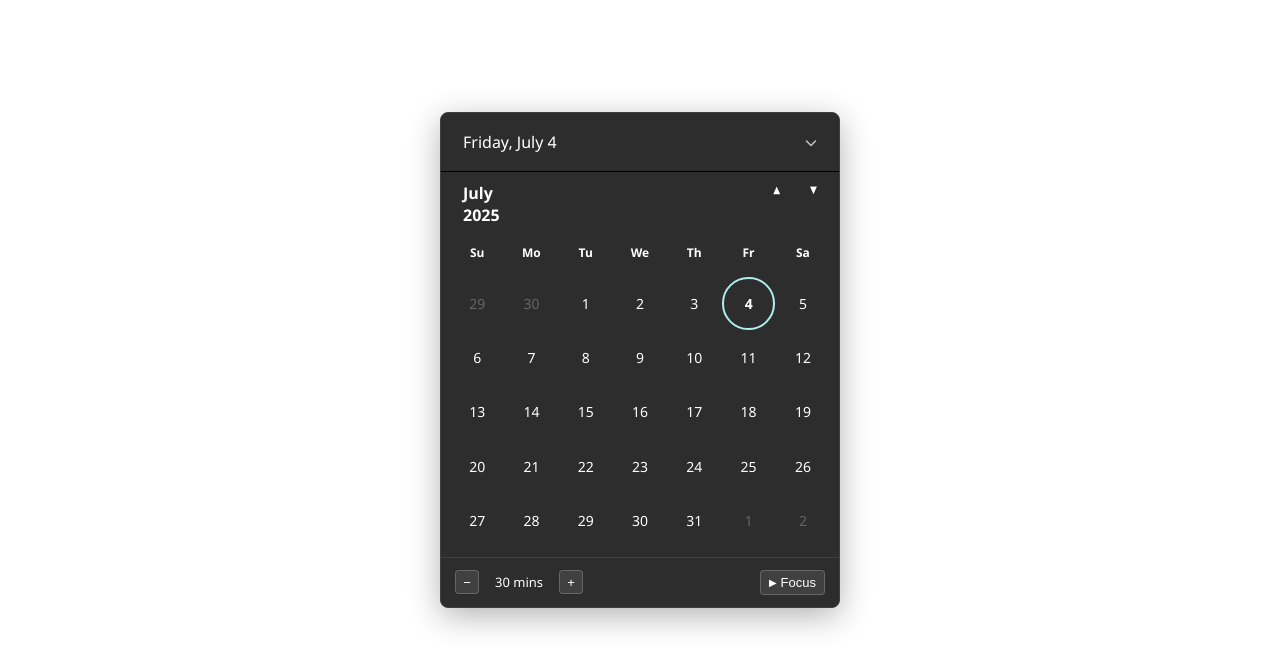
Repository: ThuTrang-jvb/JVB_BT2
Page: index.html
These files come from the project's save history. The page is drawn as it stood at one moment and after the next save; the edit follows.
The browser window is 1280 px wide. The pictures show the whole page.

Above is the page before, as saved 2025-07-07 11:27:57.

### index.html
<!DOCTYPE html>
<html lang="en">
<head>
  <meta charset="UTF-8" />
  <meta name="viewport" content="width=device-width, initial-scale=1.0"/>
  <title>Calendar</title>
  <link rel="stylesheet" href="style.css" />
  <link rel="stylesheet" href="https://cdnjs.cloudflare.com/ajax/libs/font-awesome/6.4.0/css/all.min.css" />
</head>
<body>
  <div class="calendar">
    <div class="top-bar">
      <div class="date-display" id="dateToggle">
        <span id="dateText">Monday, November 7</span>
        <span class="dropdown-icon" id="dropdownIcon">
          <i class="fa-solid fa-chevron-down"></i>
        </span>
      </div>
    </div>

    <div class="navigation-bar">
      <div class="title-block" id="calendarTitle">
        <span id="calendarTitleText">November 2022</span>
        <div class="arrow-controls">
          <span>&#9650;</span>
          <span>&#9660;</span>
        </div>
      </div>
    </div>

    <div class="main-calendar">
      <div class="weekday-header" id="weekdayHeader">
        <div class="weekday">Su</div>
        <div class="weekday">Mo</div>
        <div class="weekday">Tu</div>
        <div class="weekday">We</div>
        <div class="weekday">Th</div>
        <div class="weekday">Fr</div>
        <div class="weekday">Sa</div>
      </div>
      <div class="grid-display month-view" id="gridContainer"></div>
    </div>

    <div class="bottom-panel">
      <div class="control-section">
        <div class="session-control">
          <button class="btn-time" id="minusTime">−</button>
          <span class="time-display" id="durationLabel">30 mins</span>
          <button class="btn-time" id="plusTime">+</button>
        </div>
        <button class="session-btn" id="startBtn">
          <span class="session-icon">▶</span>
          <span>Focus</span>
        </button>
      </div>
    </div>
  </div>
  <script src="main.js"></script>
</body>
</html>

### style.css

* {
    margin: 0;
    padding: 0;
    box-sizing: border-box;
}

body {
    font-family: "Segoe UI", Tahoma, Geneva, Verdana, sans-serif;
    background: #ffffff;
    color: #000000;
    min-height: 100vh;
    display: flex;
    align-items: center;
    justify-content: center;
}

.calendar {
    background: #2d2d2d;
    border-radius: 8px;
    width: 100%;
    max-width: 400px;
    box-shadow: 0 8px 32px rgba(0, 0, 0, 0.3);
    border: 1px solid #404040;
    overflow: hidden;
    display: flex;
    flex-direction: column;
}

.top-bar {
    background: #2d2d2d;
    padding: 18px 22px;
    border-bottom: 1px solid #000;
}

.date-display {
    display: flex;
    align-items: center;
    justify-content: space-between;
    font-size: 16px;
    font-weight: 400;
    color: #ffffff;
    cursor: pointer;
    transition: color 0.2s ease;
}

.date-display:hover {
    color: #60a5fa;
}

.dropdown-icon {
    opacity: 0.7;
    font-size: 12px;
}

.navigation-bar {
    display: flex;
    align-items: center;
    justify-content: space-between;
    font-weight: 500;
    padding: 10px 22px;
    background: #2d2d2d;
}

.title-block {
    display: flex;
    gap: 240px;
    font-size: 16px;
    font-weight: 600;
    color: #ffffff;
    cursor: pointer;
    transition: color 0.2s ease;
}

.title-block:hover {
    color: #60a5fa;
}

.arrow-controls {
    display: flex;
    gap: 30px;
    font-size: 10px;
    margin-left: auto;
}

.weekday-header {
    display: grid;
    grid-template-columns: repeat(7, 1fr);
    gap: 2px;
    margin-bottom: 8px;
    padding: 0 10px;
}

.weekday {
    text-align: center;
    font-size: 12px;
    font-weight: 600;
    color: white;
    padding: 8px 4px;
}

.grid-display {
    display: grid;
    gap: 2px;
    padding: 0 10px 10px;
}

.month-view {
    grid-template-columns: repeat(7, 1fr);
}

.year-view {
    grid-template-columns: repeat(4, 1fr);
    gap: 8px;
}

.decade-view {
    grid-template-columns: repeat(4, 1fr);
    gap: 8px;
}

.grid-cell,
.year-cell,
.decade-cell {
    aspect-ratio: 1;
    display: flex;
    align-items: center;
    justify-content: center;
    cursor: pointer;
    border-radius: 4px;
    font-size: 14px;
    font-weight: 400;
    transition: all 0.2s ease;
    color: #ffffff;
    min-height: 32px;
}

.grid-cell:hover,
.year-cell:hover,
.decade-cell:hover {
    background: #404040;
    border-radius: 50%;
}

.grid-cell.dimmed,
.decade-cell.dimmed {
    color: #666666;
}

.grid-cell.today,
.year-cell.current,
.decade-cell.current {
    background: #0078d4;
    color: white;
    font-weight: 600;
    border-radius: 50%;
}

.grid-cell.selected,
.year-cell.selected,
.decade-cell.selected {
    background: none;
    border: 2px solid paleturquoise;
    color: white;
    font-weight: 600;
    border-radius: 50%;
}

.bottom-panel {
    padding: 12px 14px;
    border-top: 1px solid #404040;
    background: #2d2d2d;
}

.control-section {
    display: flex;
    justify-content: space-between;
    align-items: center;
}

.session-control {
    display: flex;
    align-items: center;
    gap: 6px;
}

.btn-time {
    background: #404040;
    color: white;
    cursor: pointer;
    font-size: 13px;
    width: 24px;
    height: 24px;
    display: flex;
    align-items: center;
    justify-content: center;
    border: 1px solid rgba(255, 255, 255, 0.2);
    transition: all 0.2s ease;
    border-radius: 4px;
}

.btn-time:hover {
    color: #60a5fa;
}

.time-display {
    font-size: 13px;
    color: white;
    min-width: 60px;
    padding: 0 10px;
    text-align: center;
}

.session-btn {
    background: #404040;
    border: 1px solid rgba(255, 255, 255, 0.2);
    padding: 4px 8px;
    color: white;
    font-size: 13px;
    cursor: pointer;
    display: flex;
    align-items: center;
    gap: 4px;
    transition: color 0.2s ease;
    border-radius: 4px;
}

.session-btn:hover {
    color: #60a5fa;
    background: #404040;
}

.session-icon {
    font-size: 10px;
}

.hidden {
    display: none;
}
.main-calendar {
    overflow: hidden;
    transition: max-height 0.4s ease;
}
.main-calendar.collapsed {
  max-height: 0;
}

@media (max-width: 480px) {
    .calendar {
        width: 90%;
        margin: 10px;
    }
}

### main.js
class Calendar {
    constructor() {
        this.currentDate = new Date();
        this.selectedDate = new Date();
        this.currentMonth = new Date();
        this.viewMode = 'month';
        this.timeMinutes = 30;
        this.focusInterval = null;
        this.remainingSeconds = 0;

        this.months = [
            'January', 'February', 'March', 'April', 'May', 'June',
            'July', 'August', 'September', 'October', 'November', 'December'
        ];

        this.monthsShort = [
            'Jan', 'Feb', 'Mar', 'Apr', 'May', 'Jun',
            'Jul', 'Aug', 'Sep', 'Oct', 'Nov', 'Dec'
        ];

        this.init();
    }

    init() {
        this.bindEvents();
        this.updateDisplay();
        this.startRealTimeUpdate();
    }

    bindEvents() {
        document.getElementById('dateText').addEventListener('click', () => this.handleHeaderClick())
        document.querySelector('.dropdown-icon').addEventListener('click', () => this.isCollapsed());
        document.getElementById('calendarTitle').addEventListener('click', () => this.handleNavTitleClick());
        const arrows = document.querySelectorAll('.arrow-controls span');
        if (arrows.length >= 2) {
            arrows[0].addEventListener('click', () => this.navigate(-1));
            arrows[1].addEventListener('click', () => this.navigate(1));
        }

        document.getElementById('minusTime').addEventListener('click', () => this.adjustTime(-5));
        document.getElementById('plusTime').addEventListener('click', () => this.adjustTime(15));
        document.getElementById('startBtn').addEventListener('click', () => this.toggleFocus());
    }

    adjustTime(minutes) {
        this.timeMinutes += minutes;
        if (this.timeMinutes < 5) this.timeMinutes = 5;
        if (this.timeMinutes > 480) this.timeMinutes = 480;
        this.updateTimeDisplay();
    }

    updateTimeDisplay() {
        const timeLabel = document.getElementById('durationLabel');
        if (this.timeMinutes >= 60) {
            const hours = Math.floor(this.timeMinutes / 60);
            const mins = this.timeMinutes % 60;
            if (mins === 0) {
                timeLabel.textContent = `${hours} hr${hours > 1 ? 's' : ''}`;
            } else {
                timeLabel.textContent = `${hours}h ${mins}m`;
            }
        } else {
            timeLabel.textContent = `${this.timeMinutes} mins`;
        }
    }

    toggleFocus() {
        const focusBtn = document.getElementById('startBtn');
        const icon = focusBtn.querySelector('.session-icon');
        const text = focusBtn.querySelector('span:last-child');

        if (text.textContent === 'Focus') {
            text.textContent = 'Stop';
            icon.textContent = '⏸';
            focusBtn.style.color = '#60a5fa';
            this.remainingSeconds = this.timeMinutes * 60;

            this.focusInterval = setInterval(() => {
                this.remainingSeconds--;
                this.updateCountdownDisplay();

                if (this.remainingSeconds <= 0) {
                    clearInterval(this.focusInterval);
                    this.focusInterval = null;
                    alert("Time's up!");
                    this.resetFocusButton();
                }
            }, 1000);

        } else {
            clearInterval(this.focusInterval);
            this.focusInterval = null;
            this.resetFocusButton();
            this.updateTimeDisplay();
        }
    }

    updateCountdownDisplay() {
        const timeLabel = document.getElementById('durationLabel');
        const minutes = Math.floor(this.remainingSeconds / 60);
        const seconds = this.remainingSeconds % 60;
        timeLabel.textContent = `${minutes}m ${seconds}s`;
    }

    resetFocusButton() {
        const focusBtn = document.getElementById('startBtn');
        const icon = focusBtn.querySelector('.session-icon');
        const text = focusBtn.querySelector('span:last-child');

        text.textContent = 'Focus';
        icon.textContent = '\u25B6';
        focusBtn.style.color = '#888888';
    }

    startRealTimeUpdate() {
        setInterval(() => {
            this.currentDate = new Date();
            this.updateHeaderDate();
        }, 1000);
    }

    handleHeaderClick() {
            this.viewMode = 'month';
            this.currentMonth = new Date(this.currentDate);
            this.selectedDate = new Date(this.currentDate);
            this.updateDisplay();

    }

    handleNavTitleClick() {
        switch (this.viewMode) {
            case 'month':
                this.viewMode = 'year';
                break;
            case 'year':
                this.viewMode = 'decade';
                break;
        }
        this.updateDisplay();
    }

    navigate(direction) {
        switch (this.viewMode) {
            case 'month':
                this.currentMonth.setMonth(this.currentMonth.getMonth() + direction);
                break;
            case 'year':
                this.currentMonth.setFullYear(this.currentMonth.getFullYear() + direction);
                break;
            case 'decade':
                this.currentMonth.setFullYear(this.currentMonth.getFullYear() + direction * 10);
                break;
        }
        this.updateDisplay();
    }

    updateDisplay() {
        this.updateHeaderDate();
        this.updateNavTitle();
        this.updateCalendarGrid();
        this.updateWeekdayHeader();
        this.updateTimeDisplay();
    }

    updateHeaderDate() {
        const options = { weekday: 'long', month: 'long', day: 'numeric' };
        const dateText = this.currentDate.toLocaleDateString('en-US', options);

        document.getElementById('dateText').textContent = dateText;
    }

    updateNavTitle() {
        let titleText = '';
        switch (this.viewMode) {
            case 'month':
                titleText = `${this.months[this.currentMonth.getMonth()]} ${this.currentMonth.getFullYear()}`;
                break;
            case 'year':
                titleText = this.currentMonth.getFullYear().toString();
                break;
            case 'decade':
                const startYear = Math.floor(this.currentMonth.getFullYear() / 10) * 10;
                titleText = `${startYear} - ${startYear + 9}`;
                break;
        }
        document.getElementById('calendarTitleText').textContent = titleText;
    }

    updateWeekdayHeader() {
        const header = document.getElementById('weekdayHeader');
        const grid = document.getElementById('gridContainer');

        if (this.viewMode === 'month') {
            header.classList.remove('hidden');
            grid.className = 'grid-display month-view';
        } else {
            header.classList.add('hidden');
            grid.className = `grid-display ${this.viewMode}-view`;
        }
    }

    updateCalendarGrid() {
        const grid = document.getElementById('gridContainer');
        grid.innerHTML = '';

        switch (this.viewMode) {
            case 'month':
                this.renderMonthView(grid);
                break;
            case 'year':
                this.renderYearView(grid);
                break;
            case 'decade':
                this.renderDecadeView(grid);
                break;
        }
    }

    renderMonthView(grid) {
        const daysInMonth = new Date(this.currentMonth.getFullYear(), this.currentMonth.getMonth() + 1, 0).getDate();
        const firstDay = new Date(this.currentMonth.getFullYear(), this.currentMonth.getMonth(), 1).getDay();
        const prevMonth = new Date(this.currentMonth.getFullYear(), this.currentMonth.getMonth(), 0);
        const prevMonthDays = prevMonth.getDate();

        for (let i = firstDay - 1; i >= 0; i--) {
            const day = document.createElement('div');
            day.className = 'grid-cell dimmed';
            day.textContent = prevMonthDays - i;
            grid.appendChild(day);
        }

        for (let day = 1; day <= daysInMonth; day++) {
            const date = new Date(this.currentMonth.getFullYear(), this.currentMonth.getMonth(), day);
            const dayElement = document.createElement('div');
            dayElement.className = 'grid-cell';
            dayElement.textContent = day;

            if (this.isSameDay(date, this.currentDate)) dayElement.classList.add('today');
            if (this.isSameDay(date, this.selectedDate)) dayElement.classList.add('selected');

            dayElement.addEventListener('click', () => {
                this.selectedDate = new Date(date);
                this.updateDisplay();
            });

            grid.appendChild(dayElement);
        }

        const totalCells = Math.ceil((firstDay + daysInMonth) / 7) * 7;
        const remainingCells = totalCells - (firstDay + daysInMonth);

        for (let day = 1; day <= remainingCells; day++) {
            const dayElement = document.createElement('div');
            dayElement.className = 'grid-cell dimmed';
            dayElement.textContent = day;
            grid.appendChild(dayElement);
        }
    }

    renderYearView(grid) {
        for (let month = 0; month < 12; month++) {
            const monthElement = document.createElement('div');
            monthElement.className = 'year-cell';
            monthElement.textContent = this.monthsShort[month];

            const date = new Date(this.currentMonth.getFullYear(), month, 1);

            if (month === this.currentDate.getMonth() && this.currentMonth.getFullYear() === this.currentDate.getFullYear()) {
                monthElement.classList.add('current');
            }
            if (month === this.currentMonth.getMonth()) {
                monthElement.classList.add('selected');
            }

            monthElement.addEventListener('click', () => {
                this.currentMonth.setMonth(month);
                this.viewMode = 'month';
                this.updateDisplay();
            });

            grid.appendChild(monthElement);
        }
    }

    renderDecadeView(grid) {
        const currentYear = this.currentMonth.getFullYear();
        const startYear = Math.floor(currentYear / 10) * 10 - 2;

        for (let i = 0; i < 16; i++) {
            const year = startYear + i;
            const yearElement = document.createElement('div');
            yearElement.className = 'decade-cell';
            yearElement.textContent = year;

            if (year === this.currentDate.getFullYear()) yearElement.classList.add('current');
            if (year === this.currentMonth.getFullYear()) yearElement.classList.add('selected');
            if (i < 2 || i > 13) yearElement.classList.add('dimmed');

            yearElement.addEventListener('click', () => {
                this.currentMonth.setFullYear(year);
                this.viewMode = 'year';
                this.updateDisplay();
            });

            grid.appendChild(yearElement);
        }
    }

    isSameDay(date1, date2) {
        return date1.getDate() === date2.getDate() &&
               date1.getMonth() === date2.getMonth() &&
               date1.getFullYear() === date2.getFullYear();
    }
    isCollapsed() {
        const calendar = document.querySelector('.calendar');
        const mainCalendar = document.querySelector('.main-calendar');
        const navigationBar = document.querySelector('.navigation-bar');
        const dropdownIcon = document.getElementById('dropdownIcon');

        calendar.classList.toggle('collapsed');

        if (calendar.classList.contains('collapsed')) {
            mainCalendar.style.display = 'none';
            navigationBar.style.display = 'none';

            // Đổi icon mũi tên thành hướng lên
            if (dropdownIcon.tagName === 'I') {
                dropdownIcon.classList.remove('fa-chevron-down');
                dropdownIcon.classList.add('fa-chevron-up');
            } else {
                dropdownIcon.textContent = '▲';
            }
        } else {
            mainCalendar.style.display = '';
            navigationBar.style.display = '';

            // Đổi icon mũi tên thành hướng xuống
            if (dropdownIcon.tagName === 'I') {
                dropdownIcon.classList.remove('fa-chevron-up');
                dropdownIcon.classList.add('fa-chevron-down');
            } else {
                dropdownIcon.textContent = '▼';
            }
        }
    }

}

document.addEventListener('DOMContentLoaded', () => {
    new Calendar();
});

After the next save:
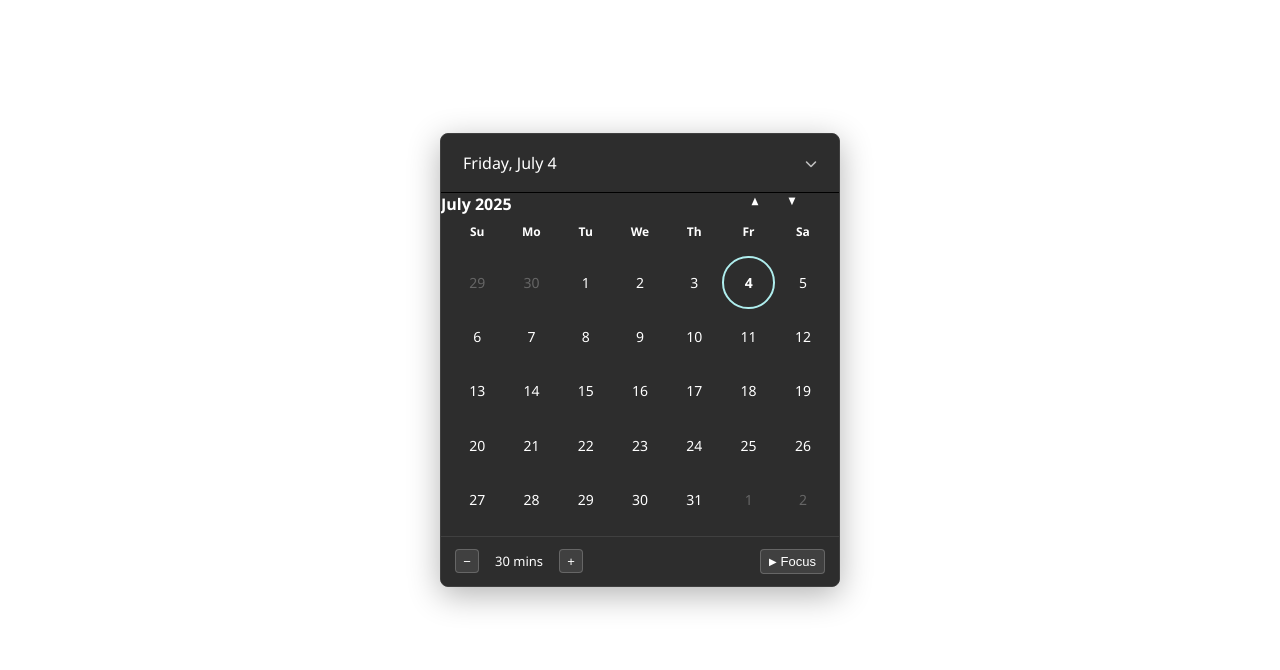
Saved 17 s later.
--- a/style.css
+++ b/style.css
@@ -58,7 +58,6 @@ body {
     align-items: center;
     justify-content: space-between;
     font-weight: 500;
-    padding: 10px 22px;
     background: #2d2d2d;
 }
 
